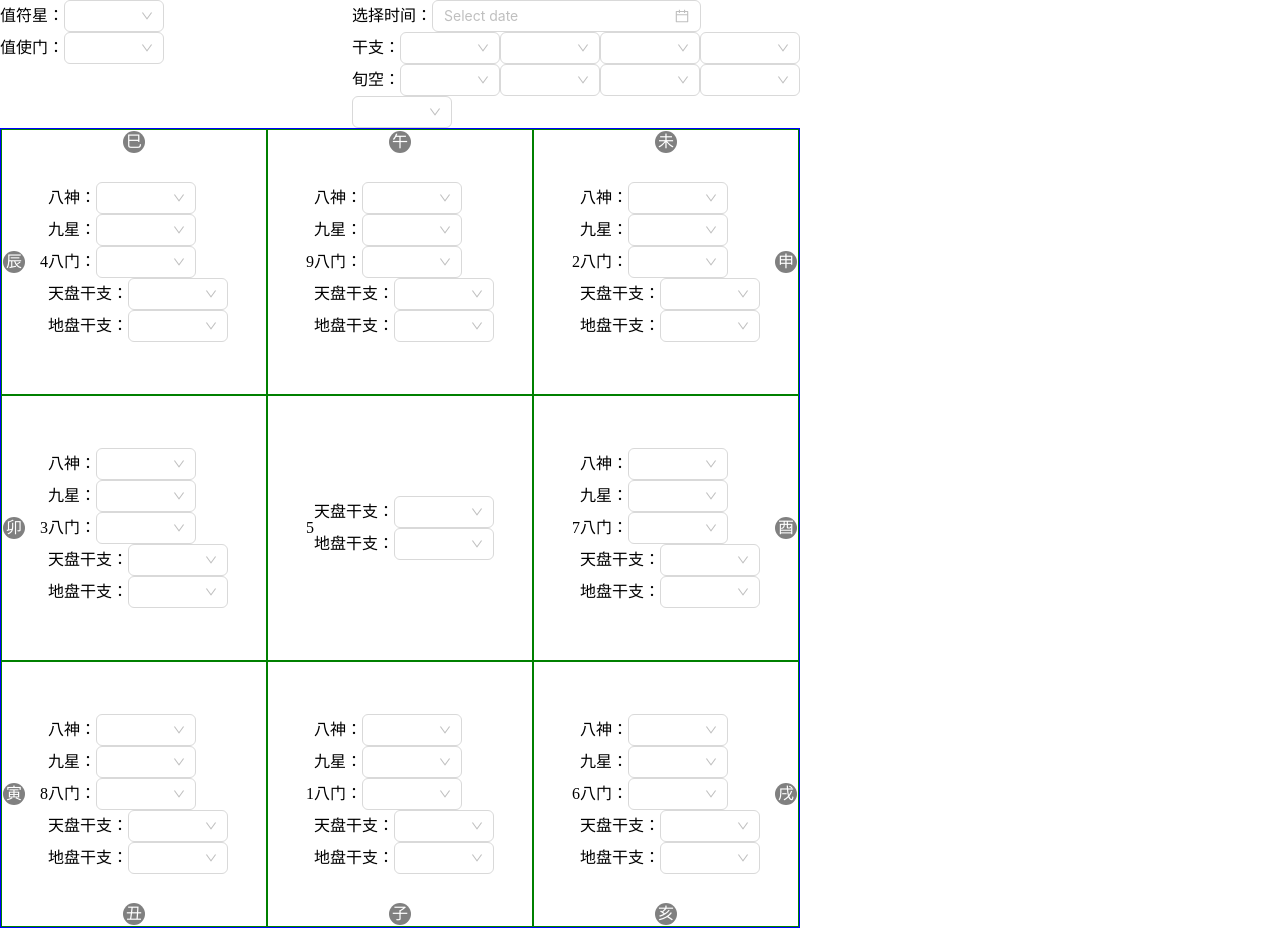
Repository: DaozhangChen/qiMen
Page: /
An editor plug-in stored every save of this project. The page is shown before and after the next save, followed by the edit.
The browser window is 1280 px wide. The pictures show the whole page.
The project was rebuilt for these pictures with package versions that can differ from the ones it lists, and the page was loaded fresh each time. Also part of the build but not shown: vite.config.js.

Above is the page before, as saved 2024-04-26 20:43:51.

### src/App.jsx
import Sudoku from './compoment/Sudoku'
function App() {

  return (
    <>
      <Sudoku />
    </>
  )
}

export default App

### src/index.css
* {
  padding: 0;
  margin: 0;
  box-sizing: border-box;
}

ul,
li {
  list-style: none;
}

### src/compoment/Sudoku.jsx
import "../style/Sudoku.css"
import InfoSelect from "./InfoSelect"
import { useState } from "react"
import HeaderInfo from "./HeaderInfo"
import { useEffect } from "react"
import AnalyseTab from "./AnalyseTab"
import { useRef } from "react"

function Sudoku() {
    const regionArr = [
        { number: 4, area: "巽", initDownStem1: "巳", initDownStem2: "辰", anotherUpStem: null, anotherDownStem: null, baseAttribute: "木", baseDoor: "杜门" },
        { number: 9, area: "离", initDownStem1: "午", anotherUpStem: null, anotherDownStem: null, baseAttribute: "火", baseDoor: "景门" },
        { number: 2, area: "坤", initDownStem1: "未", initDownStem2: "申", anotherUpStem: null, anotherDownStem: null, baseAttribute: "土", baseDoor: "死门" },
        { number: 3, area: "震", initDownStem1: "卯", anotherUpStem: null, anotherDownStem: null, baseAttribute: "木", baseDoor: "伤门" },
        { number: 5, area: "中", baseAttribute: "土" },
        { number: 7, area: "兑", initDownStem1: "酉", anotherUpStem: null, anotherDownStem: null, baseAttribute: "金", baseDoor: "惊门" },
        { number: 8, area: "艮", initDownStem1: "丑", initDownStem2: "寅", anotherUpStem: null, anotherDownStem: null, baseAttribute: "土", baseDoor: "生门" },
        { number: 1, area: "坎", initDownStem1: "子", anotherUpStem: null, anotherDownStem: null, baseAttribute: "水", baseDoor: "休门" },
        { number: 6, area: "乾", initDownStem1: "亥", initDownStem2: "戌", anotherUpStem: null, anotherDownStem: null, baseAttribute: "金", baseDoor: "开门" }
    ]
    const baseHeaderInfo = {
        headerStar: null,
        headerDoor: null,
        headerTime: null,
        headerYearStem: null,
        headerMonthStem: null,
        headerDayStem: null,
        headerTimeStem: null,
        headerYearNull: null,
        headerMonthNull: null,
        headerDayNull: null,
        headerTimeNull: null,
        curPattern: null
    }
    const [detailInfo, setDetailInfo] = useState(regionArr)
    const [headerInfoObj, setHeaderInfoObj] = useState(baseHeaderInfo)
    const [curArea, setCurArea] = useState(null)

    // useEffect(() => {
    //     console.log("11", detailInfo)
    //     return () => {
    //         console.log("22", detailInfo)
    //     }
    // }, [detailInfo])
    // const changeCurArea = (event) => {
    //     console.log(event.target)
    // }
    const changeCurArea = (event) => {
        const curKey = event.currentTarget.getAttribute('data-key')
        setCurArea(curKey)
    }

    return (
        <>
            <div className="wrapper">
                <div>
                    <HeaderInfo setHeaderInfo={setHeaderInfoObj} />
                    <div className="sudoku-grid">
                        {/* 生成九宫格 */}
                        {regionArr.map((value) => (
                            <div key={value.number} className="sudoku-row" data-key={value.number} onClick={changeCurArea}>
                                {
                                    value.number !== 5 ? <div className={"downStem1-" + value.number}>{value.initDownStem1}</div> : null
                                }
                                {
                                    value.number % 2 === 0 ? <div className={"downStem2-" + value.number}>{value.initDownStem2}</div> : null
                                }
                                <div>{value.number}</div>
                                <ul>
                                    <li className="sudoku-cell">
                                        <ul>
                                            {value.number !== 5 ? <li className="god">八神：<span><InfoSelect type="god" setDetailInfo={setDetailInfo} area={value.number} /></span></li> : null}
                                            {value.number !== 5 ? <li className="star">九星：<span><InfoSelect type="star" setDetailInfo={setDetailInfo} area={value.number} /></span></li> : null}
                                            {value.number !== 5 ? <li className="door">八门：<span><InfoSelect type="door" setDetailInfo={setDetailInfo} area={value.number} /></span></li> : null}
                                            <li className="upStem">天盘干支：<span><InfoSelect type="upStem" setDetailInfo={setDetailInfo} area={value.number} /></span></li>
                                            <li className="downStem">地盘干支：<span><InfoSelect type="downStem" setDetailInfo={setDetailInfo} area={value.number} /></span></li>
                                        </ul>
                                    </li>
                                </ul>
                            </div>
                        ))}
                    </div>
                </div>
                <AnalyseTab curMainInfo={detailInfo} curArea={curArea} />
            </div>
        </>
    )
}
export default Sudoku

### src/style/Sudoku.css
.sudoku-grid {
    border: 1px solid blue;
    width: 800px;
    height: 800px;
    display: grid;
    grid-template-columns: repeat(3, 1fr);
    grid-template-rows: repeat(3, 1fr);

}

.sudoku-row {
    display: flex;
    border: 1px solid green;
    align-items: center;
    justify-content: center;
    position: relative;
}

.sudoku-cell>li {
    margin: 5px 0px;
}

div[class^="downStem"] {
    text-align: center;
    line-height: 22px;
    width: 22px;
    height: 22px;
    background-color: gray;
    border-radius: 50%;
    color: white;
}

.downStem1-4,
.downStem1-9,
.downStem1-2 {
    position: absolute;
    transform: translateY(-120px);
}

.downStem1-3,
.downStem2-4,
.downStem2-8 {
    position: absolute;
    transform: translateX(-120px);
}

.downStem1-7,
.downStem2-2,
.downStem2-6 {
    position: absolute;
    transform: translateX(120px);
}

.downStem1-1,
.downStem1-8,
.downStem1-6 {
    position: absolute;
    transform: translateY(120px);
}

.wrapper {
    display: flex;
}

### src/compoment/InfoSelect.jsx
import { Select } from "antd";
import setOption from "../toolFunction/setOption"
import changeInfo from "../toolFunction/changeInfo";

// eslint-disable-next-line react/prop-types
const InfoSelect = ({ type, setDetailInfo, area }) => {
    const option = setOption(type)

    const setValue = (value) => {
        changeInfo("change", type, area, value, setDetailInfo)

    }

    const clearValue = () => {
        //设置全局value
        changeInfo("change", type, area, "", setDetailInfo)
    }

    return (
        <>
            <Select style={{ width: 100 }} options={option} onChange={setValue} showSearch allowClear="true" onClear={clearValue} />
        </>
    )
}

export default InfoSelect

### src/compoment/HeaderInfo.jsx
import "../style/HeaderInfo.css"
import InfoSelect from "./InfoSelect"
import { DatePicker } from 'antd';
// eslint-disable-next-line react/prop-types
const HeaderInfo = ({ setHeaderInfo }) => {

    const timeChange = (time, dateString) => {
        setHeaderInfo((value) => {
            return { ...value, headerTime: dateString }
        })
    }
    return (
        <>
            <div className="headerWrapper">
                <div>
                    <div>值符星：<span><InfoSelect type="headerStar" setDetailInfo={setHeaderInfo} area="header" /></span></div>
                    <div>值使门：<span><InfoSelect type="headerDoor" setDetailInfo={setHeaderInfo} area="header" /></span></div>
                </div>
                <div>
                    <div>选择时间：<span><DatePicker showTime onChange={timeChange} /></span></div>
                    <div>干支：
                        <span>
                            <InfoSelect type="headerYearStem" setDetailInfo={setHeaderInfo} area="header" />
                            <InfoSelect type="headerMonthStem" setDetailInfo={setHeaderInfo} area="header" />
                            <InfoSelect type="headerDayStem" setDetailInfo={setHeaderInfo} area="header" />
                            <InfoSelect type="headerTimeStem" setDetailInfo={setHeaderInfo} area="header" />
                        </span>
                    </div>
                    <div>旬空：
                        <span>
                            <InfoSelect type="headerYearNull" setDetailInfo={setHeaderInfo} area="header" />
                            <InfoSelect type="headerMonthNull" setDetailInfo={setHeaderInfo} area="header" />
                            <InfoSelect type="headerDayNull" setDetailInfo={setHeaderInfo} area="header" />
                            <InfoSelect type="headerTimeNull" setDetailInfo={setHeaderInfo} area="header" />
                        </span>
                    </div>
                    <div>
                        <span>
                            <InfoSelect type="curPattern" setDetailInfo={setHeaderInfo} area="header" />
                        </span>
                    </div>
                </div>
            </div>
        </>
    )
}

export default HeaderInfo

### src/compoment/AnalyseTab.jsx
import { useState } from "react"
import { useEffect } from "react"
import countTenStem from "../toolFunction/countTenStem"
import { useRef } from "react"
import baseAreaInfo from "../toolFunction/baseAreaInfo"
import doorAnalyseFunc from "../toolFunction/doorAnalyse"
import "../style/AnalyseTab.css"

// eslint-disable-next-line react/prop-types
const AnalyseTab = ({ curMainInfo, curArea }) => {
    const [tenStemAnalyse, setTenStemAnalyse] = useState([])
    const [doorAnalyse, setDoorAnalyse] = useState([])
    const initStatus = useRef(false)
    useEffect(() => {
        if (curArea && !initStatus.current) {
            initStatus.current = true
        }
    }, [curArea])
    useEffect(() => {
        if (initStatus.current) {
            setTenStemAnalyse(countTenStem(curMainInfo, curArea))
            setDoorAnalyse(doorAnalyseFunc(curMainInfo, curArea))
        }
    }, [curMainInfo, curArea])

    return (
        <>
            <ul className="analyseWrapper">
                <li>{baseAreaInfo[curArea]}</li>
                <li>{tenStemAnalyse}</li>
                {doorAnalyse.map((item, i) => {
                    return (
                        <li key={i}>{item}</li>
                    )
                })
                }
            </ul>
        </>
    )
}

export default AnalyseTab

### src/toolFunction/setOption.js
import allStem from "./getAllSexagenaryBranches"
function setupOption(arr) {
    const option = arr.map((value) => {
        const obj = {}
        obj.label = value
        obj.value = value
        return obj
    })
    return option
}

const setOption = (type) => {
    const godArr = ["值符", "腾蛇", "太阴", "六合", "白虎", "玄武", "九地", "九天"]
    const starArr = ["天蓬星", "天任星", "天冲星", "天辅星", "天英星", "天芮星", "天柱星", "天心星", "天禽星"]
    const doorArr = ["休门", "生门", "伤门", "杜门", "景门", "死门", "惊门", "开门"]
    const stemArr = ["戊", "己", "庚", "辛", "壬", "癸", "丁", "丙", "乙"]
    const downNullStem = ["子丑", "寅卯", "辰巳", "午未", "申酉", "戌亥"]
    const pattern = [
        "阳遁一局", "阳遁二局", "阳遁三局", "阳遁四局", "阳遁五局", "阳遁六局", "阳遁七局", "阳遁八局", "阳遁九局",
        "阴遁一局", "阴遁二局", "阴遁三局", "阴遁四局", "阴遁五局", "阴遁六局", "阴遁七局", "阴遁八局", "阴遁九局"
    ]
    const resultMap = {
        "god": setupOption(godArr),
        "star": setupOption(starArr),
        "door": setupOption(doorArr),
        "upStem": setupOption(stemArr),
        "downStem": setupOption(stemArr),
        "headerStar": setupOption(starArr),
        "headerDoor": setupOption(doorArr),
        "headerYearStem": setupOption(allStem),
        "headerMonthStem": setupOption(allStem),
        "headerDayStem": setupOption(allStem),
        "headerTimeStem": setupOption(allStem),
        "headerYearNull": setupOption(downNullStem),
        "headerMonthNull": setupOption(downNullStem),
        "headerDayNull": setupOption(downNullStem),
        "headerTimeNull": setupOption(downNullStem),
        "curPattern": setupOption(pattern)
    }
    return resultMap[type]
}

export default setOption

### src/toolFunction/changeInfo.js
import changeAnotherStem from "./changeAnotherStem"
const changeInfo = (action, type, area, value, func) => {
    if (area === "header") {
        func(originObj => {
            if (action === "change") {
                originObj[type] = value
            } else if (action === "clear") {
                originObj[type] = null
            }

            return { ...originObj }
        })
    } else {
        func(originArr => {
            const newArr = originArr.map((item) => {
                if (item.number === area) {
                    if (action === "change") {
                        item[type] = value

                    } else if (action === "clear") {
                        item[type] = null
                    }
                    return item
                } else {
                    return item
                }
            })
            const finalItems = changeAnotherStem(newArr)
            return finalItems
        })
    }
}
export default changeInfo

### src/style/HeaderInfo.css
.headerWrapper {
    display: flex;
    flex-direction: row;
    width: 800px;
    justify-content: space-between;
}

### src/toolFunction/baseAreaInfo.js
const baseAreaInfo = {
    "1": "坎",
    "2": "坤",
    "3": "震",
    "4": "巽",
    "5": "中",
    "6": "乾",
    "7": "兑",
    "8": "艮",
    "9": "离",
}

export default baseAreaInfo

### src/toolFunction/doorAnalyse.js
import baseDoorAnalyseInfo from "./baseDoorAnalyseInfo"
import baseDoorAndStemAnalyseInfo from "./baseDoorAndStemAnalyseInfo"

function doorAnalyseFunc(curInfo, curArea, doorInfo = baseDoorAnalyseInfo, doorAndStemInfo = baseDoorAndStemAnalyseInfo) {
    const result = []
    const targetInfo = curInfo.find(item => item.number === +curArea)
    if (targetInfo.door && targetInfo.baseDoor) {
        //门门克应
        const targetAnalyse = doorInfo.find(item => item.upDoor === targetInfo.door && item.downDoor === targetInfo.baseDoor)
        if (targetAnalyse) {
            result.push(`【${targetAnalyse.upDoor}+${targetAnalyse.downDoor}】：${targetAnalyse.content}`)
        }
    }
    if (targetInfo.door && targetInfo.baseDoor) {
        //门干克应
        const targetAnalyse = doorAndStemInfo.find(item => item.door === targetInfo.door && item.stem === targetInfo.upStem)
        if (targetAnalyse) {
            result.push(`【${targetAnalyse.door}+${targetAnalyse.stem}】：${targetAnalyse.content}`)
        }
    }
    return result

}

export default doorAnalyseFunc

### src/style/AnalyseTab.css
.analyseWrapper {
    display: flex;

}

### src/toolFunction/getAllSexagenaryBranches.js
function getAllSexagenaryBranches() {
    const allUpStem = ["甲", "乙", "丙", "丁", "戊", "己", "庚", "辛", "壬", "癸"]
    const allDownStem = ["子", "丑", "寅", "卯", "辰", "巳", "午", "未", "申", "酉", "戌", "亥"]
    const finalItems = []
    let upIndex = 0
    let downIndex = 0
    for (let i = 0; i < 60; i++) {
        finalItems.push(allUpStem[upIndex] + allDownStem[downIndex])
        upIndex === 9 ? upIndex = 0 : upIndex++
        downIndex === 11 ? downIndex = 0 : downIndex++
    }
    return finalItems
}
const allStem = getAllSexagenaryBranches()


export default allStem

### src/toolFunction/changeAnotherStem.js
const changeAnotherStem = (arr) => {
    const fiveArea = arr.find(item => item.area === "中")
    return arr.map(item => {
        if (item.star !== "天芮星") {
            item.anotherUpStem = null
            item.anotherDownStem = null
            return item
        } else {
            if (fiveArea) {
                item.anotherUpStem = fiveArea.upStem
                item.anotherDownStem = fiveArea.downStem
            }
            return item
        }
    })

}

export default changeAnotherStem

Loaded but not shown: index.html (common file); src/main.jsx (common file); src/toolFunction/countTenStem.js (102 lines, source omitted); src/toolFunction/baseDoorAnalyseInfo.js (70 lines, source omitted); src/toolFunction/baseDoorAndStemAnalyseInfo.js (83 lines, source omitted)

After the next save:
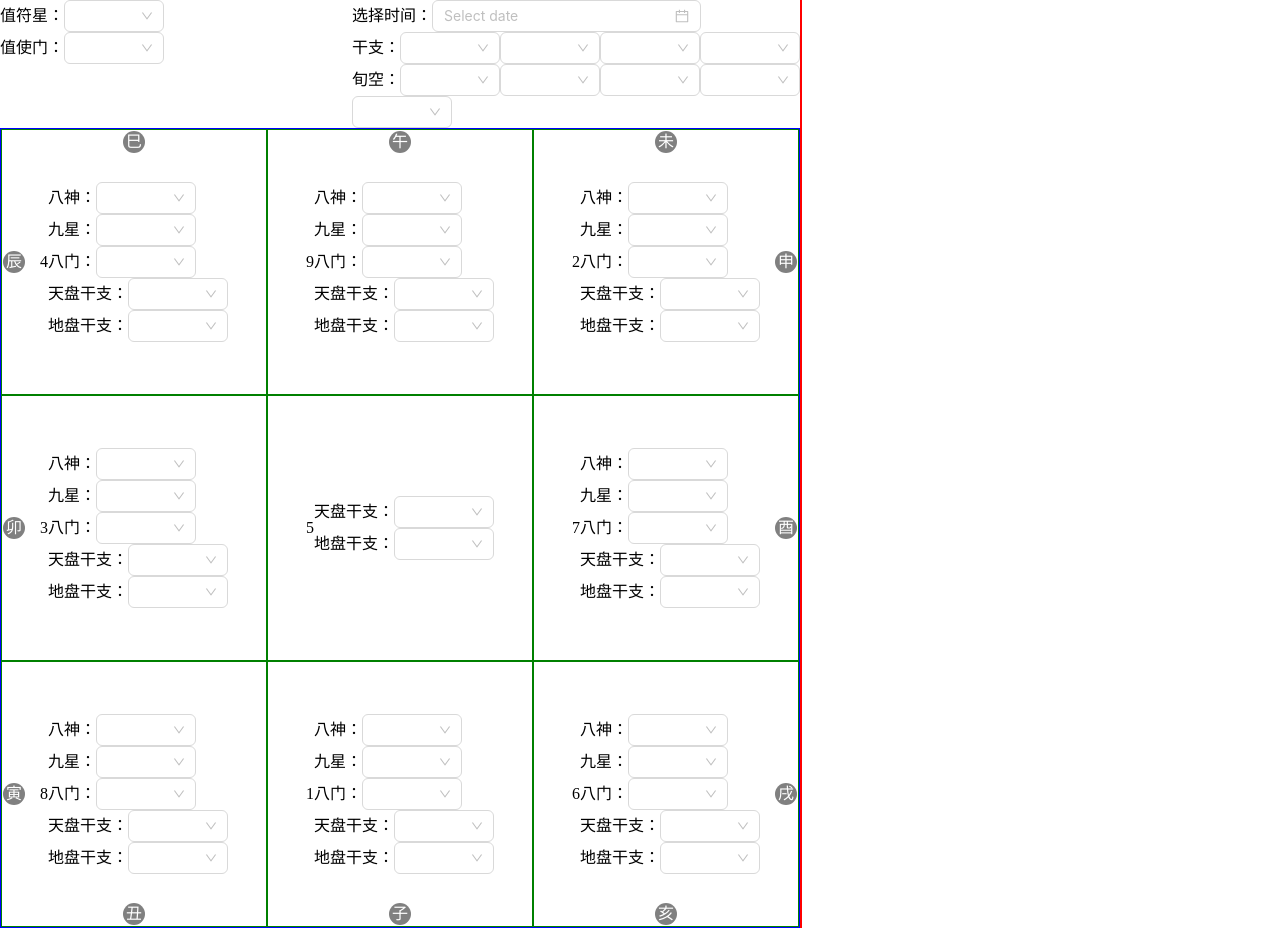
Saved 34 s later.
--- a/src/style/AnalyseTab.css
+++ b/src/style/AnalyseTab.css
@@ -1,4 +1,4 @@
 .analyseWrapper {
     display: flex;
-
+    border: 1px solid red;
 }

After the save that followed:
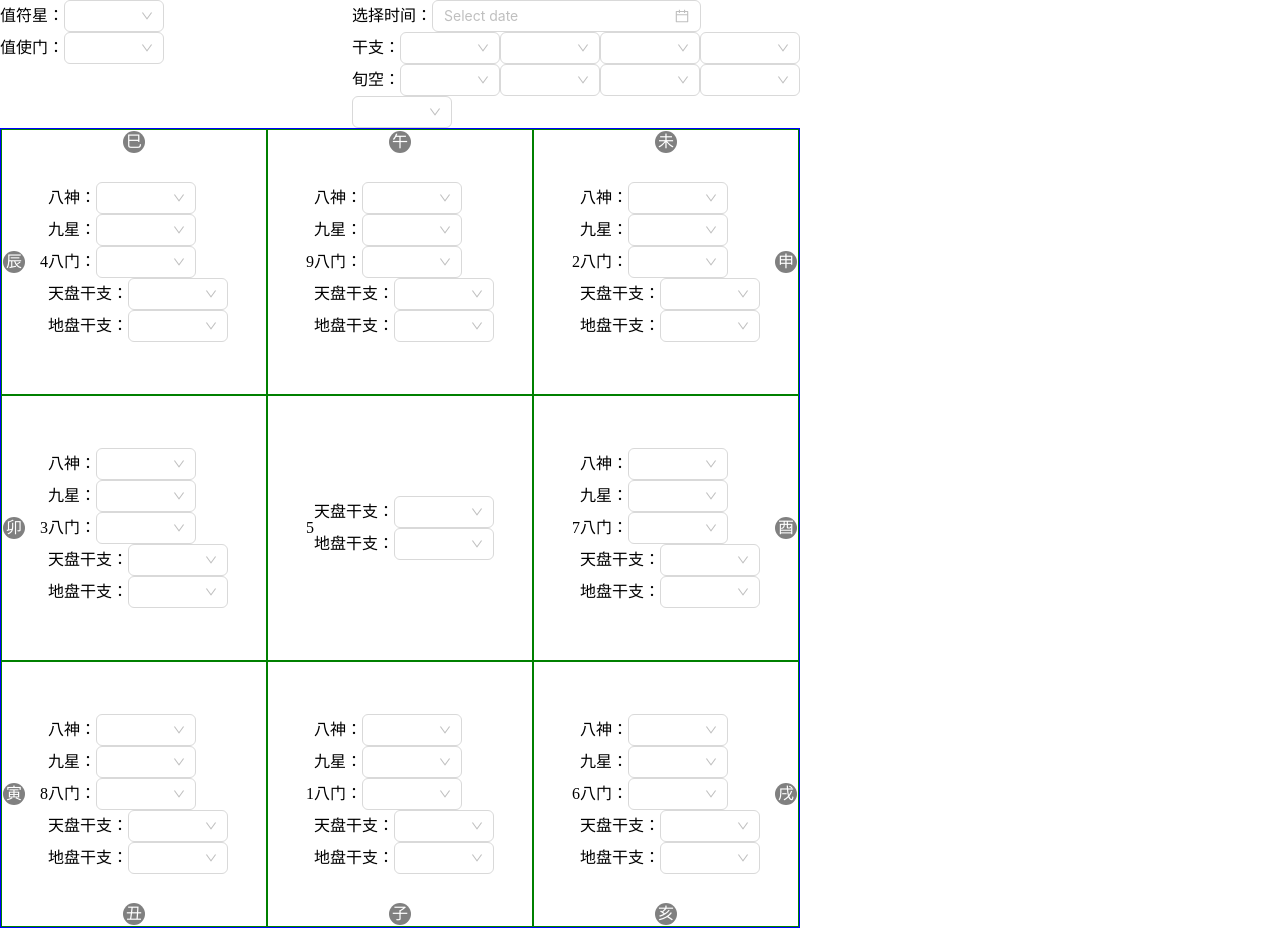
Saved 80 s later.
--- a/src/style/AnalyseTab.css
+++ b/src/style/AnalyseTab.css
@@ -1,4 +1,4 @@
 .analyseWrapper {
     display: flex;
-    border: 1px solid red;
+
 }
